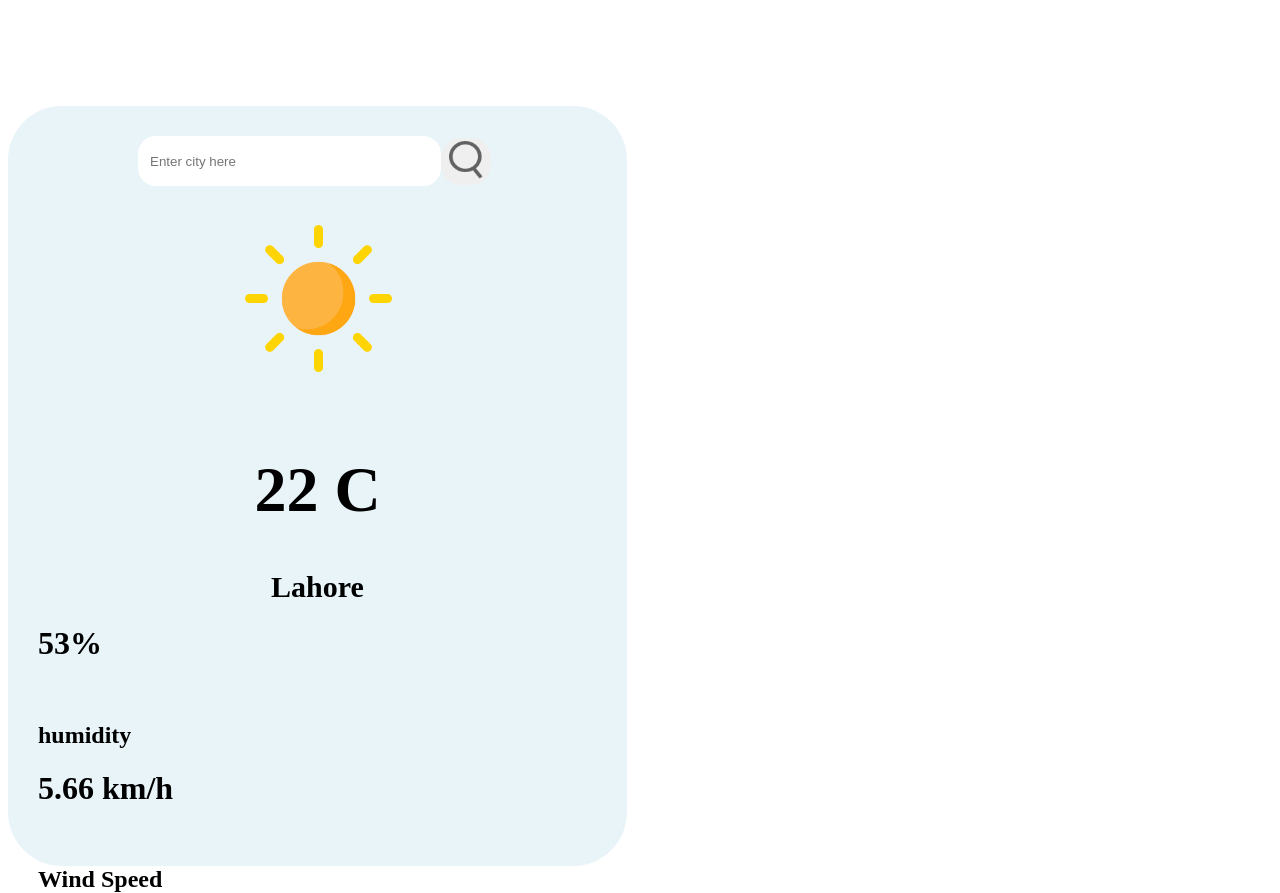
Repository: WajihaGul/Javascripts-Projects
Page: WEATHER APP/index.html
These files come from the project's save history. The page is drawn as it stood at one moment and after the next save; the edit follows.
The browser window is 1280 px wide. The pictures show the whole page.

Above is the page before, as saved 2024-06-07 15:54:21.
Not found: WEATHER APP/script.js

After the next save:
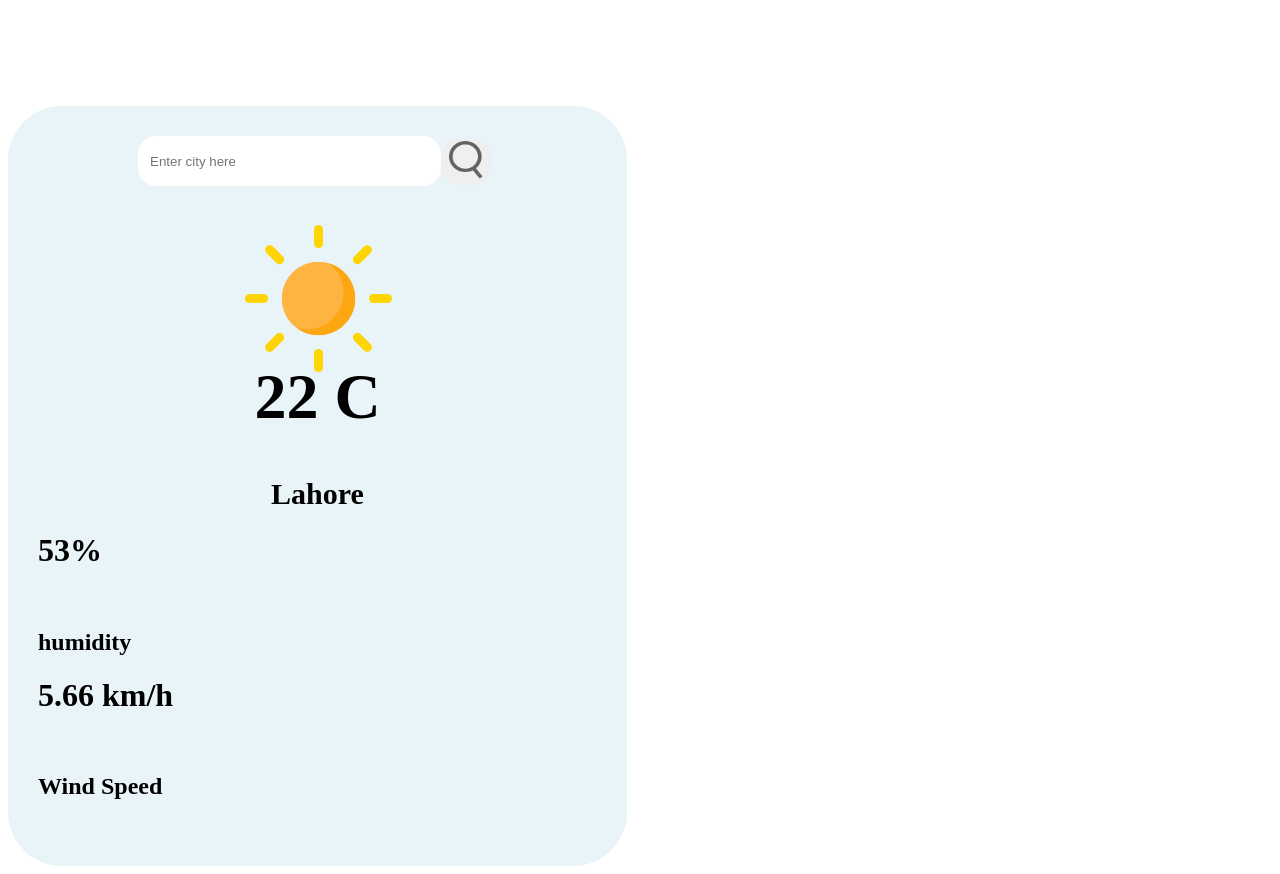
Saved 2 min 40 s later.
--- a/WEATHER APP/style.css
+++ b/WEATHER APP/style.css
@@ -28,7 +28,7 @@
     width: 34px;
 }
 .SearchLogo{
-        border-color: transparent;
+    border-color: transparent;
     border-radius: 20px;
     cursor: pointer;
 }
@@ -37,6 +37,7 @@
     align-items: center;
     justify-content: center;
     font-size: 64px;
+    margin-top: -50px;
 }
 .weatherImg{
     display: flex;
